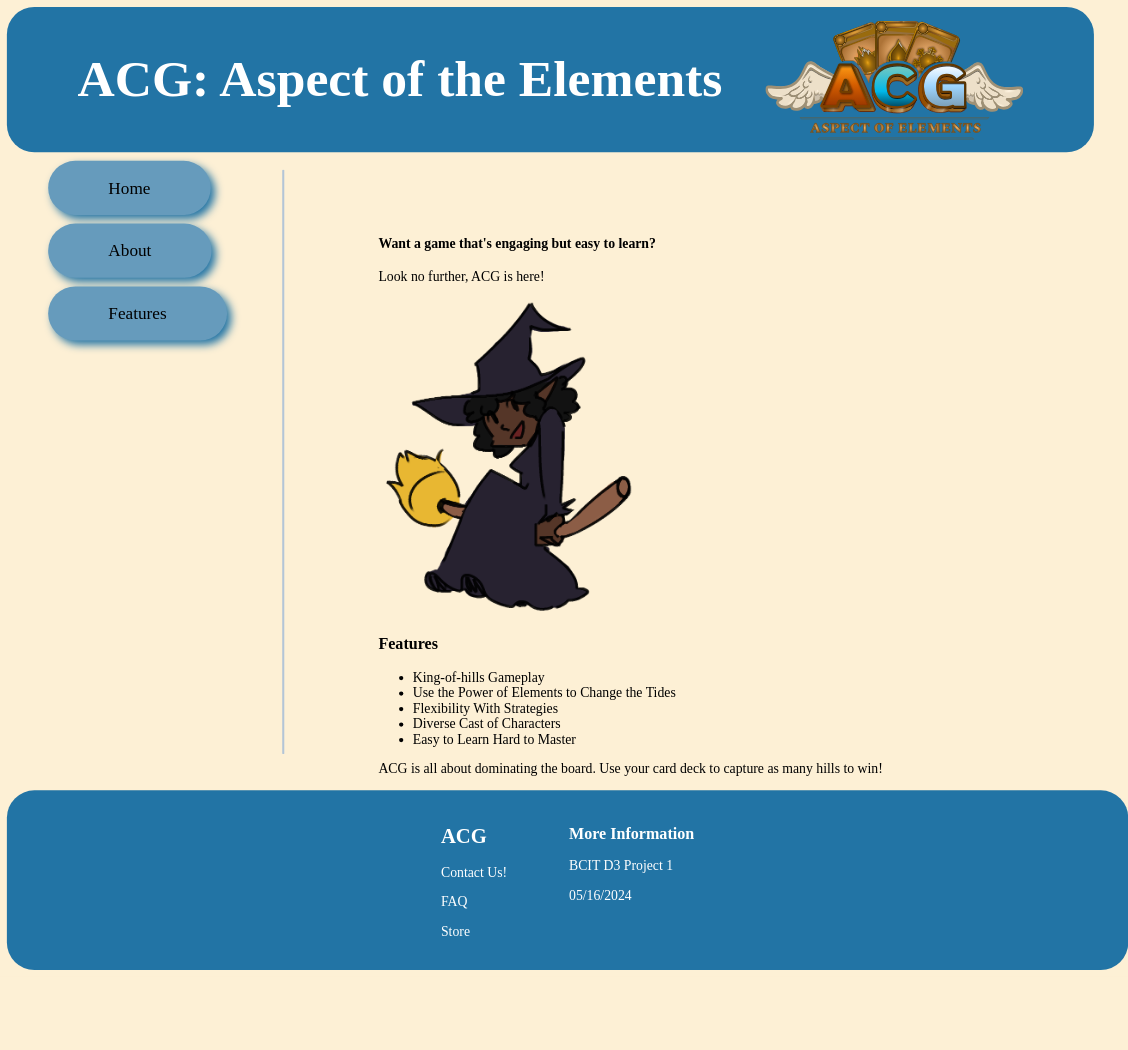
Repository: Delukalgh/ACG
Page: Features.html
These files come from the project's save history. The page is drawn as it stood at one moment and after the next save; the edit follows.
The browser window is 1280 px wide. The page is 1312 px wide, so the pictures cover 1312 px, including what lies to the right of the window. The pictures show the whole page, at 86% of full size.

Above is the page before, as saved 2024-05-15 15:56:20.

After the next save:
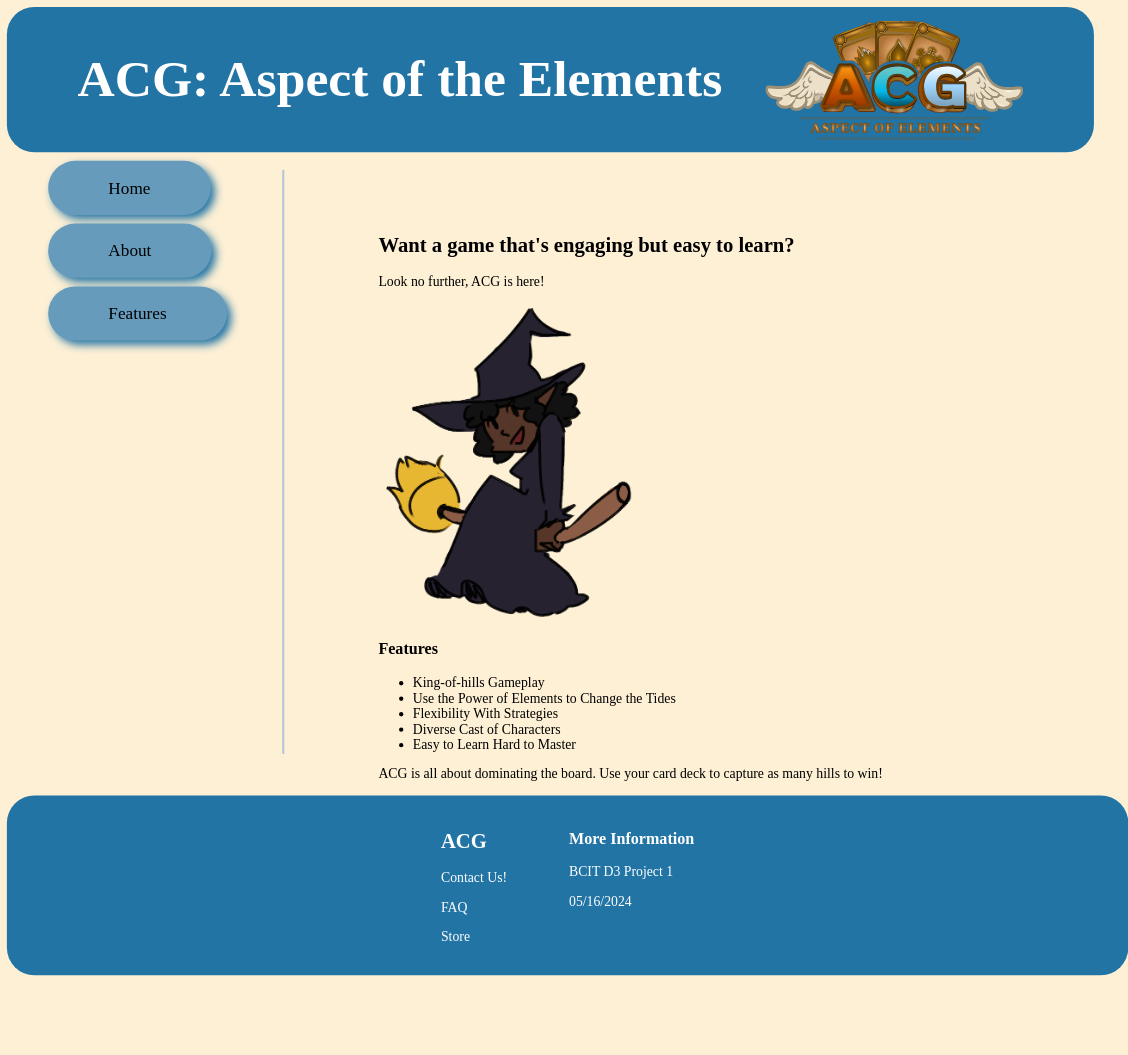
Saved 6 s later.
--- a/Features.html
+++ b/Features.html
@@ -40,7 +40,7 @@
     <!--Content-->
     <div class="features-container">
       <div class="content">
-        <h4>Want a game that's engaging but easy to learn?</h4>
+        <h2>Want a game that's engaging but easy to learn?</h2>
         <p>Look no further, ACG is here!</p>
         <img src="images/IllustrationWitchGirl.png" width="300px"/>
 
